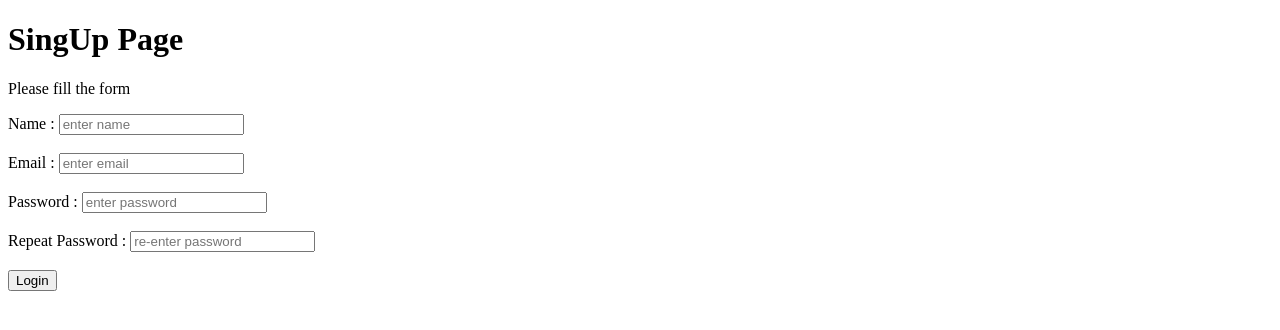
Repository: Altafalinadaf/SimpleProjects
Page: servletDemo10/src/main/webapp/index10.html
The author's editor kept a copy of each file at every save. The page is drawn from the files as they stood at one save, then again after the next save.
The browser window is 1280 px wide. The pictures show the whole page.

Above is the page before, as saved 2023-10-31 18:18:49.

### servletDemo10/src/main/webapp/index10.html
<!DOCTYPE html>
<html>

<head>
	<meta charset="ISO-8859-1">
	<title>Insert title here</title>
</head>

<body>
	<h1>SingUp Page </h1>
	<p>Please fill the form </p>
	<form action="login" method="post">
		<field set>

			<label for="name">Name : </label>
			<input type="text" name="name" placeholder="enter name" required/>

			<br/>
			<br/>
			<label for="email">Email : </label>
			<input type="text" name="email" placeholder="enter email" required/>
			<br/>
			<br/>
			<label for="password">Password : </label>
			<input type="password" name="pass" placeholder="enter password" required/>
			<br/>
			<br/>
			<label for="password">Repeat Password : </label>
			<input type="password" name="pass2" placeholder="re-enter password" required/>
			<br/>
			<br/>
			<input type="submit" value="Login"/>
		</field>
	</form>

</body>

</html>

After the next save:
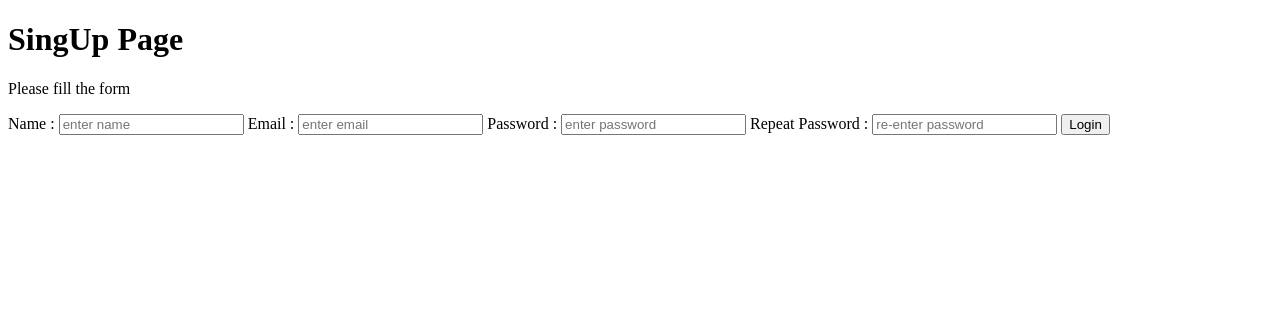
Saved 37 s later.
--- a/servletDemo10/src/main/webapp/index10.html
+++ b/servletDemo10/src/main/webapp/index10.html
@@ -15,20 +15,15 @@
 			<label for="name">Name : </label>
 			<input type="text" name="name" placeholder="enter name" required/>
 
-			<br/>
-			<br/>
 			<label for="email">Email : </label>
 			<input type="text" name="email" placeholder="enter email" required/>
-			<br/>
-			<br/>
+
 			<label for="password">Password : </label>
 			<input type="password" name="pass" placeholder="enter password" required/>
-			<br/>
-			<br/>
+
 			<label for="password">Repeat Password : </label>
 			<input type="password" name="pass2" placeholder="re-enter password" required/>
-			<br/>
-			<br/>
+
 			<input type="submit" value="Login"/>
 		</field>
 	</form>
